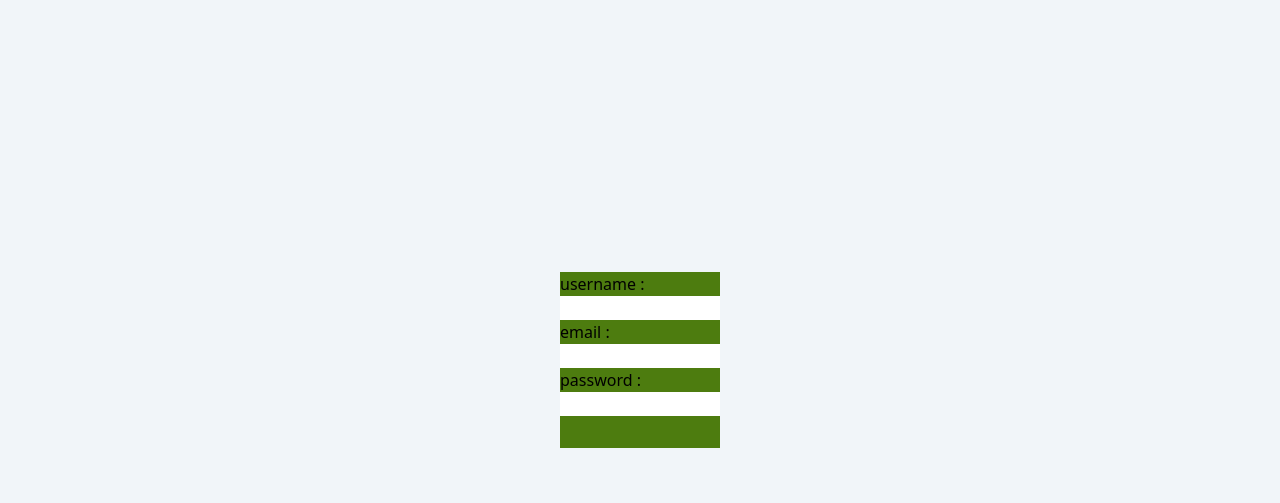
Repository: Emy-gold/alx-fe-reactjs
Page: / (app in form-handling-react/)
An editor plug-in stored every save of this project. The page is shown before and after the next save, followed by the edit.
The browser window is 1280 px wide. The pictures show the whole page.
The project was rebuilt for these pictures with package versions that can differ from the ones it lists, and the page was loaded fresh each time. Also part of the build but not shown: form-handling-react/vite.config.js.

Above is the page before, as saved 2025-08-22 21:22:52.

After the next save:
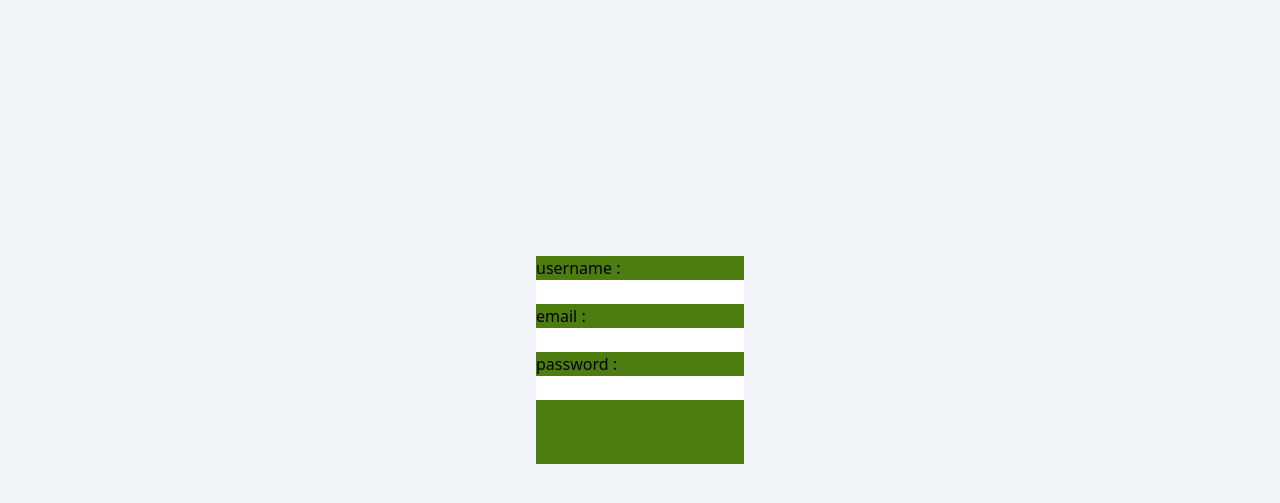
Saved 29 s later.
--- a/form-handling-react/src/components/RegistrationForm.jsx
+++ b/form-handling-react/src/components/RegistrationForm.jsx
@@ -17,7 +17,7 @@ function RegistrationForm() {
 
     return (
         <div className='flex w-full mx-auto h-screen justify-center items-center bg-slate-100'>
-            <form onSubmit={handleSubmit} className='flex flex-col bg-lime-700 w-40 h-44'>
+            <form onSubmit={handleSubmit} className='flex flex-col bg-lime-700 w-52 h-52'>
                 <label>username :</label>
                 <input
                     type="text"
